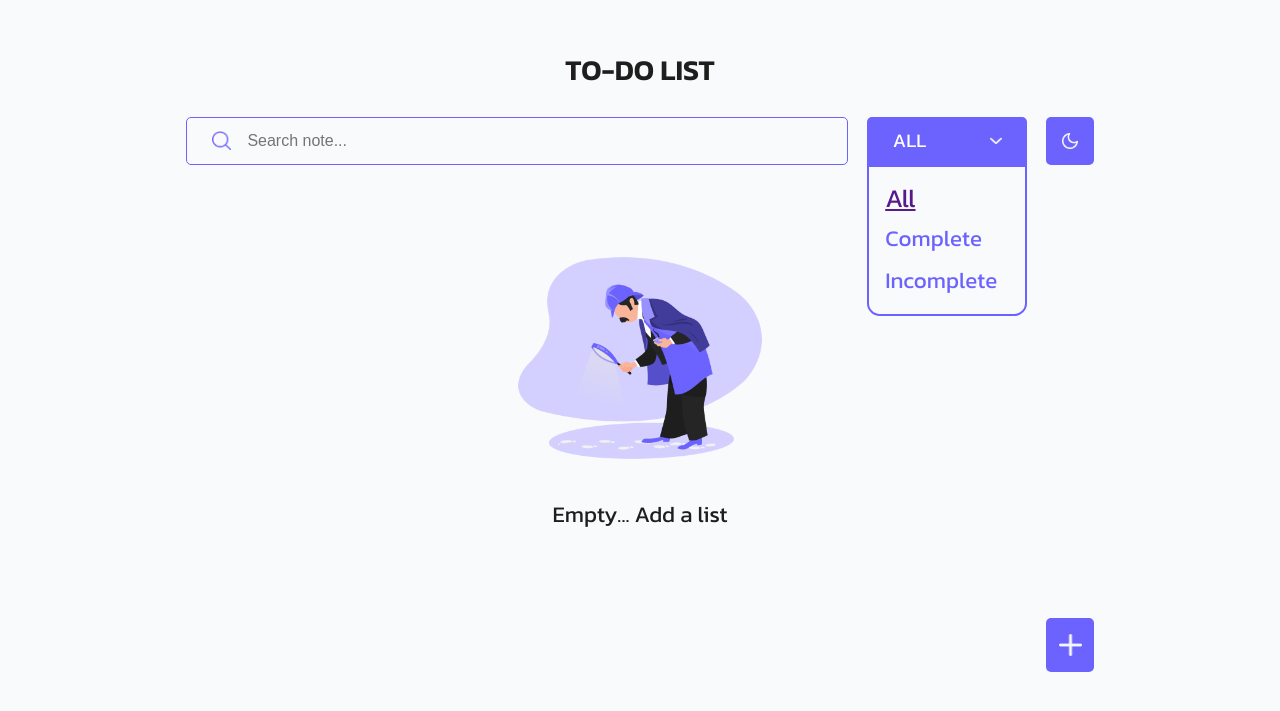
Repository: Marykeje/To-do-list
Page: index.html
An editor plug-in stored every save of this project. The page is shown before and after a run of saves, followed by the edit.
The browser window is 1280 px wide. The pictures show the whole page.
The style sheet was rebuilt from its Sass, Less or Tailwind sources for each picture, by a compiler version that may differ from the author's.

Above is the page before, as saved 2025-12-03 12:37:07.

### index.html
<!DOCTYPE html>
<html lang="en">
  <head>
    <meta charset="UTF-8" />
    <meta name="viewport" content="width=device-width, initial-scale=1.0" />
    <title>To-do-list</title>

    <link rel="stylesheet" href="./css/style.css" />
  </head>
  <body>
    <div class="to-do container">
      <div class="header">
        <h1 class="header__title">To-do List</h1>
        <div class="header__heading-info">
          <div class="header__search">
            <img src="./img/search-icon.png" alt="search-icon" />
            <input type="text" placeholder="Search note..." />
          </div>
          <div class="header__btns">
            <div class="header__all-select">
              <div class="header__select-part">
                <p>ALL</p>
                <img src="./img/chevron-top.png" alt="" />
              </div>
              <div class="header__all-dropdown">
                <a href="">All</a>
                <p a>Complete</p>
                <p>Incomplete</p>
              </div>
            </div>
            <div class="header__mode-btn">
              <img src="./img/mode-icon.png" alt="" />
            </div>
          </div>
        </div>
      </div>
      <div class="empty">
        <img src="./img/empty-icon.png" alt="" />
        <p>Empty... Add a list</p>
      </div>
      <div class="add-list">
        <div class="add-list__list-item">
          <div class="add-list__lists">
            <div class="add-list__list-check">
              <div>
                <input type="checkbox" />
              </div>
              <p>NOTE 1</p>
            </div>
            <div class="add-list__edit-icons">
              <img src="./img/edit-icon.svg" alt="" />
              <img src="./img/delete-icon.svg" alt="" />
            </div>
          </div>
          <div class="add-list__lists">
            <div class="add-list__list-check">
              <div>
                <input type="checkbox" />
              </div>
              <p>NOTE 2</p>
            </div>
            <div class="add-list__edit-icons">
              <img src="./img/edit-icon.svg" alt="" />
              <img src="./img/delete-icon.svg" alt="" />
            </div>
          </div>
          <div class="add-list__lists">
            <div class="add-list__list-check">
              <label class="check">
                <input type="checkbox" id="my-check" />
                <span class="check__checkmark"></span>
              </label>
              <p>NOTE 3</p>
            </div>
            <div class="add-list__edit-icons">
              <img src="./img/edit-icon.svg" alt="" />
              <img src="./img/delete-icon.svg" alt="" />
            </div>
          </div>
        </div>
      </div>
      <div class="add-icon" id="add-btn" onclick="openModal()">
        <img src="./img/plus-icon.png" alt="" />
      </div>
    </div>

    <!-- for add list pop up -->
    <div class="modal" id="modal">
      <div class="modal__heading">
        <h4>New note</h4>
        <div class="header__search">
          <input type="text" placeholder="Input your note" />
        </div>
      </div>
      <div class="btns">
        <button class="btns__cancel" id="cancel-modal" onclick="closeModal()">
          Cancel
        </button>
        <button class="btns__apply" id="apply">Apply</button>
      </div>
    </div>
    <div class="overlay hidden" id="closeOverlay"></div>

    <script src="./js/script.js"></script>
  </body>
</html>

### js/script.js
function cancel() {}

// getting the elements
// let cancel = (document.getElementById("cancel").style.display = "none");

// let open = document.getElementById("add");
// let modal = document.getElementByIdby("openModal");
// let cancelModal = document.getElementById("cancelModal");

// when button is opened
// modal.addEventListener("click", () => {
// open.style.display = ""
// modal.style.display = "block"; // show modal
// });

// const openModal = function () {
// console.log("Button clicked");
// modal.classList.add("open"); //gives the list of css class in the element
// };

function openModal() {
  const clickOpen = document.getElementById("add-btn");
  const modal = document.getElementById("modal");
  const overlay = document.getElementById("closeOverlay");

  // const closeModal = document.getElementById("cancelModal");

  clickOpen.style.display = "block";
  modal.style.display = "block";
  overlay.style.display = "block";
  // closeModal.style.display.hidden = "";

  // console.log(modal.style.display)
}

// openModal()
// for the close modal
function closeModal() {
  const closeModal = document.getElementById("cancel-modal");
  const modal = document.getElementById("modal");
  const overlay = document.getElementById("closeOverlay");

  closeModal.style.display = "block";
  modal.style.display = "none";
  overlay.style.display = "none";
}

### sass/main.scss
@import "./pages/style.scss";

### sass/pages/style.scss
/* Inter Font Import */
@import url("https://fonts.googleapis.com/css2?family=Inter:ital,opsz,wght@0,14..32,100..900;1,14..32,100..900&display=swap");

//  for roboto font
@import url("https://fonts.googleapis.com/css2?family=Montserrat:ital,wght@0,100..900;1,100..900&family=Roboto:ital,wght@0,100..900;1,100..900&display=swap");
// Kanit
@import url("https://fonts.googleapis.com/css2?family=Kanit:ital,wght@0,300;0,400;0,500;0,600;0,700;1,300;1,400;1,500;1,600;1,700&display=swap");

* {
  margin: 0;
  padding: 0;
  box-sizing: border-box;
}

.html {
  font-size: 50%;
}

body {
  font-size: 1.6rem;
  // font-weight: 500;
  font-family: "Kanit", sans-serif;
  background-color: #f9fafb;
  color: #1e1e1e;
}

.container {
  max-width: 60rem;
  margin: auto;
  padding: 3rem 1.6rem;
  height: 100vh;
}

.to-do {
  display: flex;
  flex-direction: column;
  gap: 2.4rem;
}

.header {
  display: flex;
  flex-direction: column;
  gap: 1.6rem;

  @media (max-width: 650px) {
    gap: 1.2rem;
  }

  &__title {
    font-size: 1.8rem;
    font-weight: 600;
    text-align: center;
    text-transform: uppercase;

    @media (max-width: 550px) {
      font-size: 1.4rem;
    }
  }

  &__heading-info {
    display: flex;
    align-items: center;
    gap: 1.2rem;

    @media (max-width: 550px) {
      // gap: 1rem;
      flex-wrap: wrap;
    }
  }

  &__search {
    padding: 0.8rem 1.6rem;
    border: 1px solid #6c63ff;
    border-radius: 5px;

    display: flex;
    align-items: center;
    gap: 1rem;

    width: 100%;
    height: 3rem;

    @media (max-width: 450px) {
      padding: 5px 0.8rem;
      height: 3rem;
    }

    @media (max-width: 350px) {
      height: 2rem;
    }

    & img {
      display: block;
      width: 1.2rem;
    }

    &::placeholder {
      font-family: "Inter", sans-serif;
    }
  }

  &__btns {
    display: flex;
    align-items: center;
    gap: 1.2rem;

    @media (max-width: 550px) {
      gap: 0.8rem;
    }
  }

  &__all-select {
    position: relative;
  }

  &__select-part {
    display: flex;
    align-items: center;
    justify-content: space-between;
    gap: 1.4rem;

    padding: 1rem 1.6rem;
    height: 3rem;
    width: 10rem;

    font-size: 1.2rem;
    background-color: #6c63ff;
    color: #ffffff;
    border-top-left-radius: 5px;
    border-top-right-radius: 5px;

    @media (max-width: 550px) {
      height: 2.5rem;
    }

    & img {
      display: block;
      width: 0.8rem;
    }
  }

  &__all-dropdown {
    position: absolute;
    padding: 0.8rem 1rem;
    width: 10rem;

    border: 2px solid #6c63ff;
    border-bottom-left-radius: 0.8rem;
    border-bottom-right-radius: 0.8rem;

    & p {
      color: #6c63ff;
      font-size: 1.4rem;
      cursor: pointer;

      padding: 4px 0rem;

      &:hover {
        background-color: rgb(189, 186, 253);
      }
    }
  }

  &__mode-btn {
    background-color: #6c63ff;
    color: #ffffff;
    border-radius: 5px;
    cursor: pointer;

    padding: 1rem;
    height: 3rem;
    width: 3rem;

    display: flex;
    justify-content: center;

    @media (max-width: 550px) {
      height: 2.5rem;
      padding: 0.8rem;
    }

    & img {
      display: block;
      width: 1.4rem;

      @media (max-width: 550px) {
        width: 1.2rem;
      }
    }
  }
}

.empty {
  display: flex;
  flex-direction: column;
  align-items: center;
  justify-content: center;
  gap: 2rem;

  height: 60vh;

  @media (max-width: 550px) {
    height: 55vh;
  }

  & img {
    display: block;
    width: 17rem;

    @media (max-width: 550px) {
      width: 12rem;
    }
  }

  & p {
    font-size: 1.4rem;

    @media (max-width: 550px) {
      font-size: 1rem;
    }
  }
}

.add-list {
  display: flex;
  flex-direction: column;
  gap: 2.4rem;

  font-family: "inter", sans-serif;

  padding: 0rem 7rem;
  height: 60vh;

  display: none;

  &__lists {
    padding: 1rem;
    border-bottom: 1px solid #6c63ff;

    display: flex;
    justify-content: space-between;
  }

  &__list-check {
    display: flex;
    align-items: center;
    gap: 1.2rem;

    & p {
      font-weight: 600;
    }
  }

  &__edit-icon {
    display: flex;
    align-items: center;
    gap: 1.2rem;

    & img {
      display: block;
      width: 1.8rem;
      color: #cdcdcd;
    }
  }
}

.add-icon {
  background-color: #6c63ff;
  color: #ffffff;
  border-radius: 5px;
  cursor: pointer;

  padding: 1rem;
  margin-left: auto;
  width: 3rem;

  display: flex;
  justify-content: center;

  @media (max-width: 550px) {
    height: 2.5rem;
    padding: 0.8rem;
  }

  & img {
    display: block;
    width: 1.4rem;

    @media (max-width: 550px) {
      width: 1.2rem;
    }
  }
}

input {
  width: 100%;
  border: none;
  font-size: 1rem;

  background: transparent;

  &:focus {
    outline: none;
  }

  &::placeholder {
    @media (max-width: 350px) {
      font-size: 0.8rem;
    }
  }
}

.check {
  display: block;
  position: relative;
  padding-left: 2rem;
  cursor: pointer;
  font-size: 1.6rem;
  user-select: none; /* prevent text selection*/

  // input[type="checkbox"] {
  // position: absolute;
  // opacity: 0; /* hides the actual result*/
  // height: 0;
  // width: 0;
  // -webkit-appearance: none;
  // }

  &__checkmark {
    position: absolute;
    top: 0;
    left: 0;
    height: 2rem;
    width: 2rem;
    // background-color: #fff;
    border: 1px solid #6c63ff;
    border-radius: 5px;

    & ::after {
      content: "";
      position: absolute;
      display: none;
      left: 0.9prem;
      top: 5px;
      height: 1rem;
      border: #ffffff;
      // border-width: 0 3px 3px 0;
      // transform: rotate(45deg);
    }

    input[type="checkbox"]:checked {
      background-color: #6c63ff;
      border: none;

      display: none;
    }
  }
}

// modal style
.overlay {
  position: fixed;
  top: 0;
  left: 0;
  width: 100vw;
  height: 100vh;
  background-color: rgba($color: #1a1a1a, $alpha: 0.8);
  cursor: pointer;
  z-index: 9999;

  &.hidden {
    display: none;
  }
}

.modal {
  position: fixed;
  left: 50%;
  top: 35%;
  z-index: 99999;

  width: 40rem;
  max-width: 90dvw;
  // height: 100dvh;
  // transform: translateX(100%);
  transform: translate(-50%, -50%);

  background-color: #ffffff;
  border-radius: 1.6rem;

  // transition: all 0.3s ease-out;

  padding: 2.4rem;

  display: flex;
  flex-direction: column;
  gap: 2rem;

  display: none;

  @media (max-width: 540px) {
    width: 30rem;
    padding: 1.8rem;
  }

  @media (max-width: 450px) {
    padding: 1rem 1.4rem;
  }

  @media (max-width: 350px) {
    top: initial;
    bottom: 0;
    right: 0;

    width: 100%;
    transform: translate(-50%, 0);
    border-bottom-left-radius: 0;
    border-bottom-right-radius: 0;

    padding: 1rem;
    // max-width: 100dvw;
  }

  .open {
    transform: translate(-50%, -50%) scale(1);
    pointer-events: all;
    overflow-y: auto;

    @media (max-width: 450px) {
      // transform: translate(0, 0);
    }
  }

  &__heading {
    height: 12rem;

    display: flex;
    flex-direction: column;
    align-items: center;
    gap: 1.4rem;

    @media (max-width: 540px) {
      gap: 1rem;
    }

    @media (max-width: 350px) {
      gap: 0.8rem;
    }

    & h4 {
      text-transform: uppercase;
      font-size: 1.4rem;

      @media (max-width: 350px) {
        font-size: 1.2rem;
      }
    }
  }
}

.btns {
  display: flex;
  justify-content: space-between;

  &__cancel {
    text-transform: uppercase;
    color: #6c63ff;
    font-weight: 700;
    background: none;
    border: 1.5px solid #6c63ff;
    border-radius: 5px;

    padding: 0.8rem 1.2rem;

    cursor: pointer;

    @media (max-width: 450px) {
      padding: 0.8rem 1rem;
      font-weight: 600;
    }

    @media (max-width: 350px) {
      padding: 5px 7px;
      font-weight: 500;
    }
  }

  &__apply {
    text-transform: uppercase;
    color: #ffffff;
    font-weight: 700;
    background: #6c63ff;
    border: none;
    border-radius: 5px;

    padding: 0.8rem 1.2rem;

    cursor: pointer;

    @media (max-width: 450px) {
      padding: 0.8rem 1rem;
      font-weight: 600;
    }

    @media (max-width: 350px) {
      padding: 5px 7px;
      font-weight: 500;
    }
  }
}

After the next 2 saves:
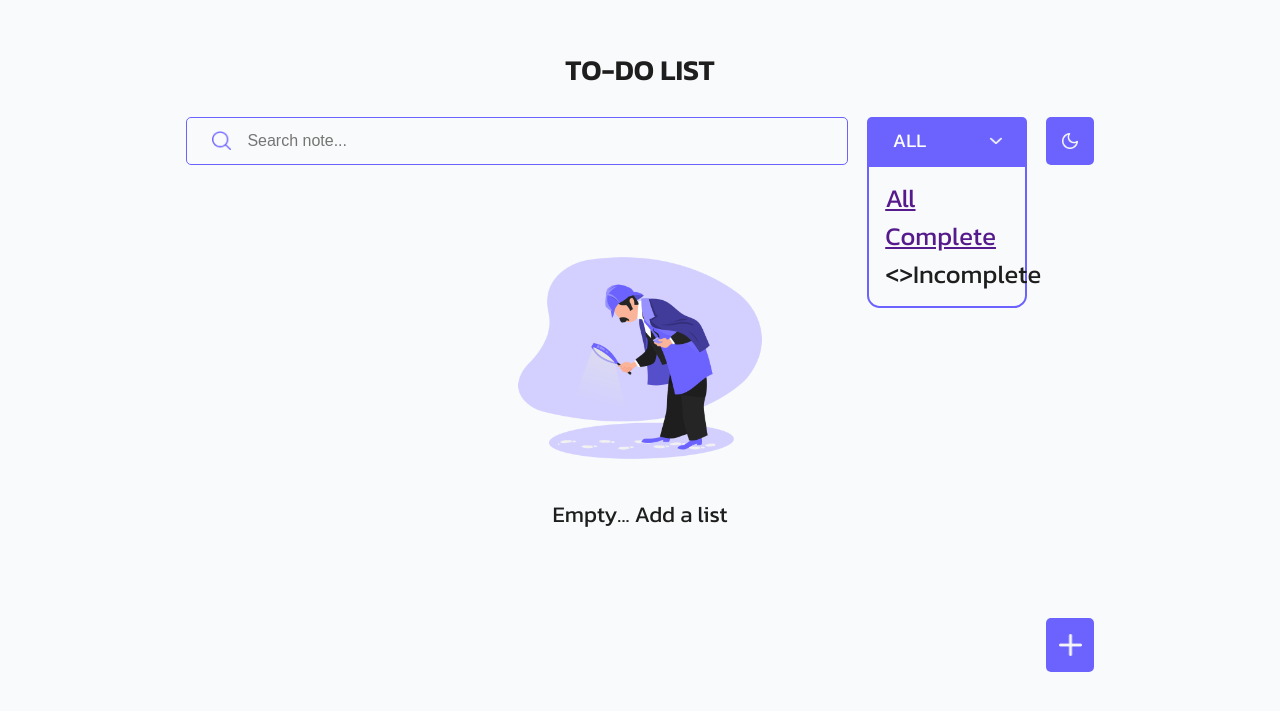
The 2 saves are shown as one change because they came seconds apart.
The last was saved 7 s later.
--- a/index.html
+++ b/index.html
@@ -24,8 +24,8 @@
               </div>
               <div class="header__all-dropdown">
                 <a href="">All</a>
-                <p a>Complete</p>
-                <p>Incomplete</p>
+                <a href="">Complete</a>
+                <>Incomplete</>
               </div>
             </div>
             <div class="header__mode-btn">
